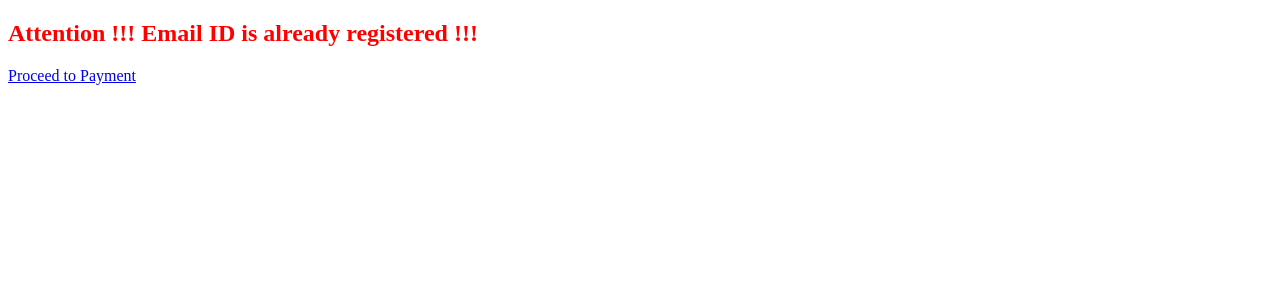
Repository: Shivani2392/FlyAwayProject
Page: http://localhost/FlightBookingPortal/Error1.jsp
An editor plug-in stored every save of this project. The page is shown before and after the next save, followed by the edit.
The browser window is 1280 px wide. The pictures show the whole page.
The page is served by Tomcat 9. Other server files are loaded and not shown.

Above is the page before, as saved 2020-11-20 15:34:41.

### FlightBookingPortal/src/main/webapp/Error1.jsp
<%@ page language="java" contentType="text/html; charset=ISO-8859-1"
    pageEncoding="ISO-8859-1"%>
<!DOCTYPE html>
<html>
<head>
<meta charset="ISO-8859-1">
<title>Errors</title>
</head>
<body>
<h2 style="color:red">Attention !!! Email ID is already registered !!!</h2>
<a href="Payement.jsp">Proceed to Payment</a>
</body>
</html>

After the next save:
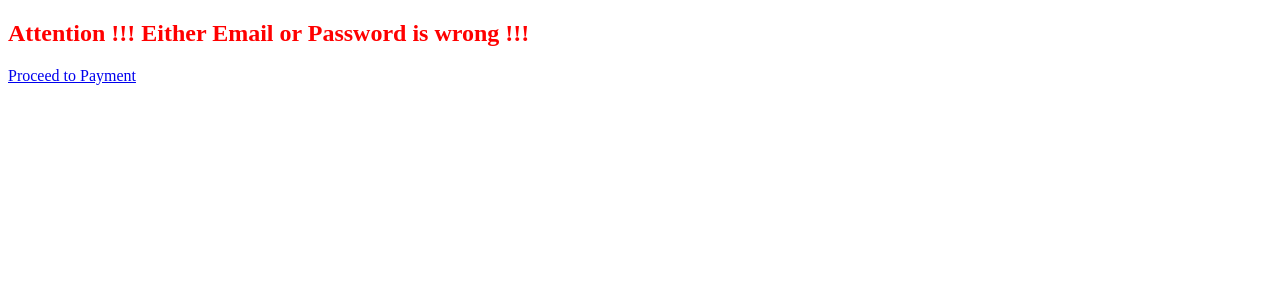
Saved 21 s later.
--- a/FlightBookingPortal/src/main/webapp/Error1.jsp
+++ b/FlightBookingPortal/src/main/webapp/Error1.jsp
@@ -7,7 +7,7 @@
 <title>Errors</title>
 </head>
 <body>
-<h2 style="color:red">Attention !!! Email ID is already registered !!!</h2>
+<h2 style="color:red">Attention !!! Either Email or Password is wrong !!!</h2>
 <a href="Payement.jsp">Proceed to Payment</a>
 </body>
 </html>
